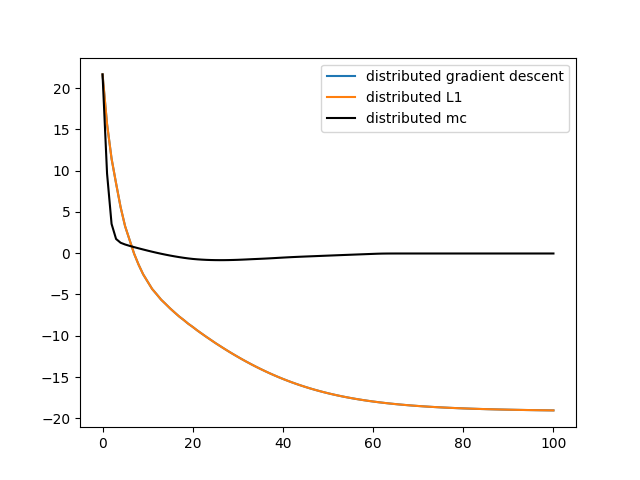
Repository: komuro-zero/distributed-optimization
Script's output: python main_weakly_sparse.py
The author's editor kept a copy of each file at every save. The script's output is drawn from the files as they stood at one save, then again after the next save.
Random numbers start from a fixed seed.

Above is the script's output before, as saved 2019-09-27 09:49:36.

After the next save:
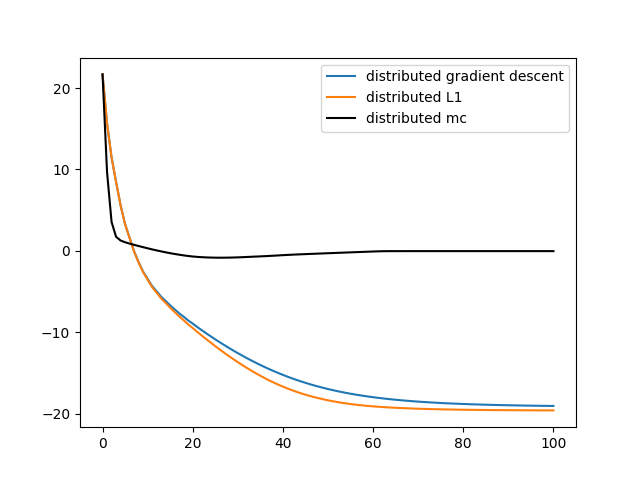
Saved 15 s later.
--- a/main_weakly_sparse.py
+++ b/main_weakly_sparse.py
@@ -54,7 +54,7 @@ class distributed_updates(functions):
         #self.distributed_L1_wj(U_all,d_all,w_star,L2,self.N,self.m,self.r_i,10**-4,0.24,self.iteration,c,w_all,wcl1)
         #self.distributed_mc_wj(U_all,d_all,w_star,L2,self.N,self.m,self.r_i,self.lamb,self.eta,self.rho,self.iteration,c,w_all,wcmc)
         self.distributed_gradient_descent(U_all,d_all,w_star,L2,self.N,self.m,self.r_i,0.17,self.iteration,c,w_all)
-        self.distributed_L1(U_all,d_all,w_star,L2,self.N,self.m,self.r_i,510**-4,0.17,self.iteration,c,w_all)
+        self.distributed_L1(U_all,d_all,w_star,L2,self.N,self.m,self.r_i,5*10**-4,0.17,self.iteration,c,w_all)
         self.distributed_mc(U_all,d_all,w_star,L2,self.N,self.m,self.r_i,self.lamb,self.eta,self.rho,self.iteration,c,w_all)
 
         #error = [cgd[-1],cl1,cmc[-1],dgd[-1],dl1[-1],dmc[-1]]
